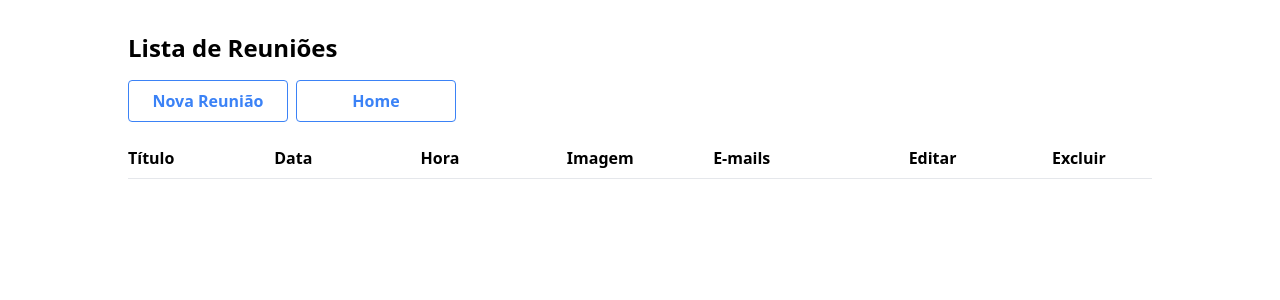
Repository: TamiBeira/meeting
Page: /meetings
These files come from the project's save history. The page is drawn as it stood at one moment and after the next save; the edit follows.
The browser window is 1280 px wide. The pictures show the whole page.
The project was rebuilt for these pictures with package versions that can differ from the ones it lists, and the page was loaded fresh each time. Also part of the build but not shown: vite.config.ts, src/contexts/FormContext.tsx, src/components/Form.tsx, src/components/HomePage.tsx.

Above is the page before, as saved 2024-02-26 23:54:05.

After the next save:
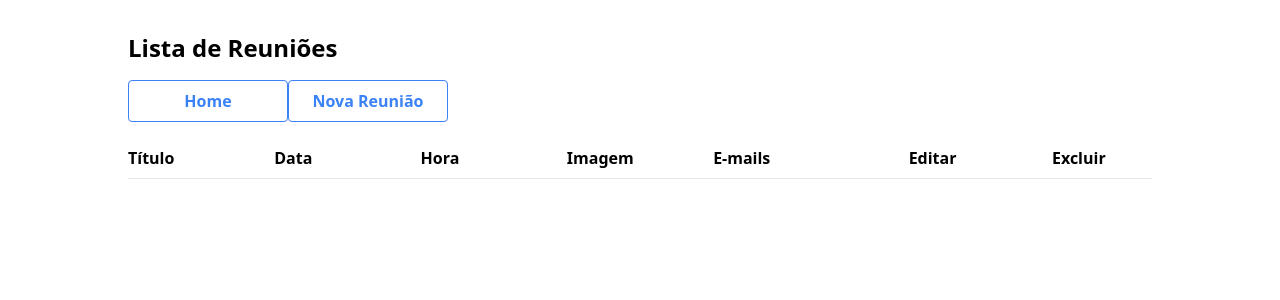
Saved 20 s later.
--- a/src/components/MeetingsView.tsx
+++ b/src/components/MeetingsView.tsx
@@ -31,8 +31,8 @@ export const MeetingsView: React.FC = () => {
     <div className="max-w-5xl mx-auto mt-8">
       <h2 className="text-2xl font-bold mb-4">Lista de Reuniões</h2>
       <div className="mt-4 mb-4">
-      <Link to="/form" className="w-40 inline-block text-center border border-solid border-blue-500 text-blue-500 font-bold mr-2 px-4 py-2 rounded">Nova Reunião</Link>
-      <Link to="/" className="w-40 inline-block text-center border border-solid border-blue-500 text-blue-500 font-bold px-4 py-2 rounded">Home</Link>
+        <Link to="/" className="w-40 inline-block text-center border border-solid border-blue-500 text-blue-500 font-bold px-4 py-2 rounded">Home</Link>
+        <Link to="/form" className="w-40 inline-block text-center border border-solid border-blue-500 text-blue-500 font-bold mr-2 px-4 py-2 rounded">Nova Reunião</Link>
       </div>
       <ul>
         <li className="border-b border-gray-200 py-2 flex sm:flex-row font-semibold">
